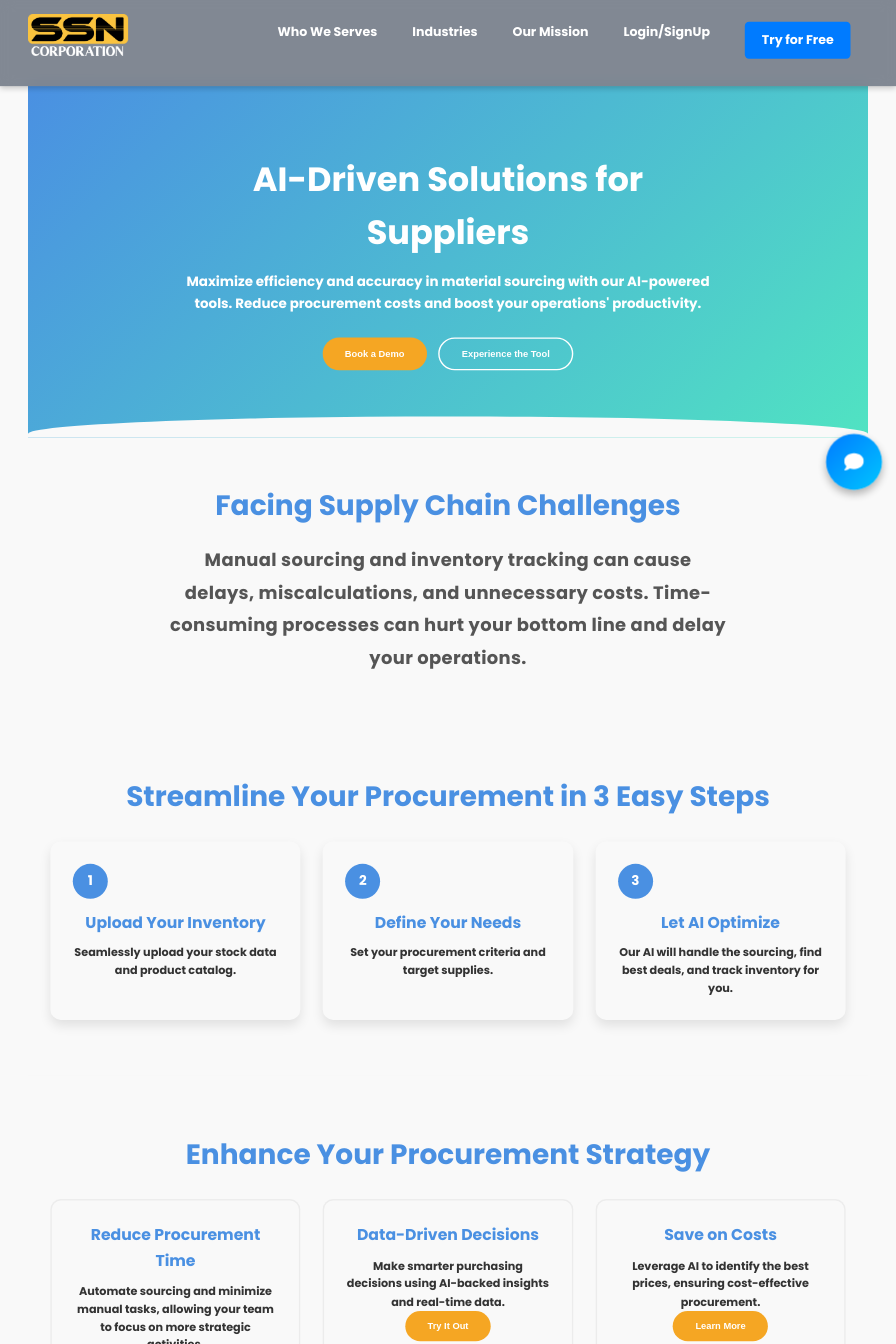
Repository: aabhashbasnet/SSNCorporation
Page: /who-we-serve/suppliers
These files come from the project's save history. The page is drawn as it stood at one moment and after a run of saves; the edit follows.
The browser window is 1280 px wide. The pictures show the part of the page from y = 0 to 1920 px (the page is 3187 px tall), at 70% of full size.
The project was rebuilt for these pictures with package versions that can differ from the ones it lists, and the page was loaded fresh each time. Also part of the build but not shown: src/components/Main/Main.jsx, src/components/Working/Working.css, src/components/Working/Working.jsx, src/components/Footer/Footer.jsx, src/pages/OurMission/OurMission.jsx, src/pages/LoginSignUp/LoginSignUp.css, src/pages/LoginSignUp/LoginSignUp.jsx, src/pages/Industries/Industries.jsx and 12 more.

Above is the page before, as saved 2025-02-11 13:01:18.

After the next 2 saves:
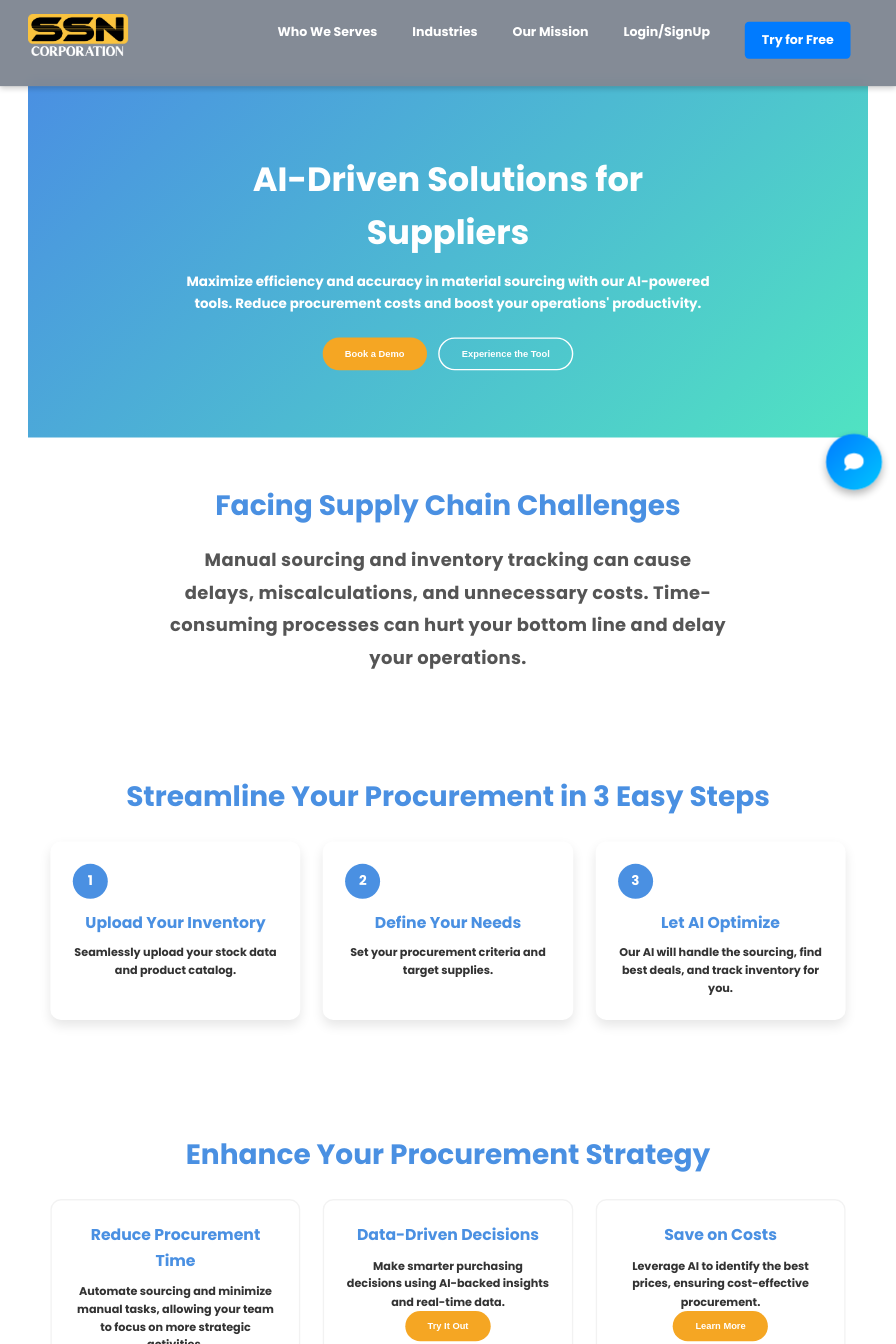
The 2 saves are shown as one change because they came seconds apart.
The last was saved 8 s later.
--- a/src/pages/WhoWeServe/Suppliers.css
+++ b/src/pages/WhoWeServe/Suppliers.css
@@ -7,7 +7,7 @@
     --accent-color: #f5a623;        /* A warm accent (orange-ish) */
     --text-color: #333333;          /* Dark text */
     --light-text: #ffffff;          /* Light text for dark backgrounds */
-    --bg-color: #f9f9f9;            Soft background
+
     --card-bg: #ffffff;             /* Card background */
     --transition: all 0.3s ease;
   }

After the save that followed:
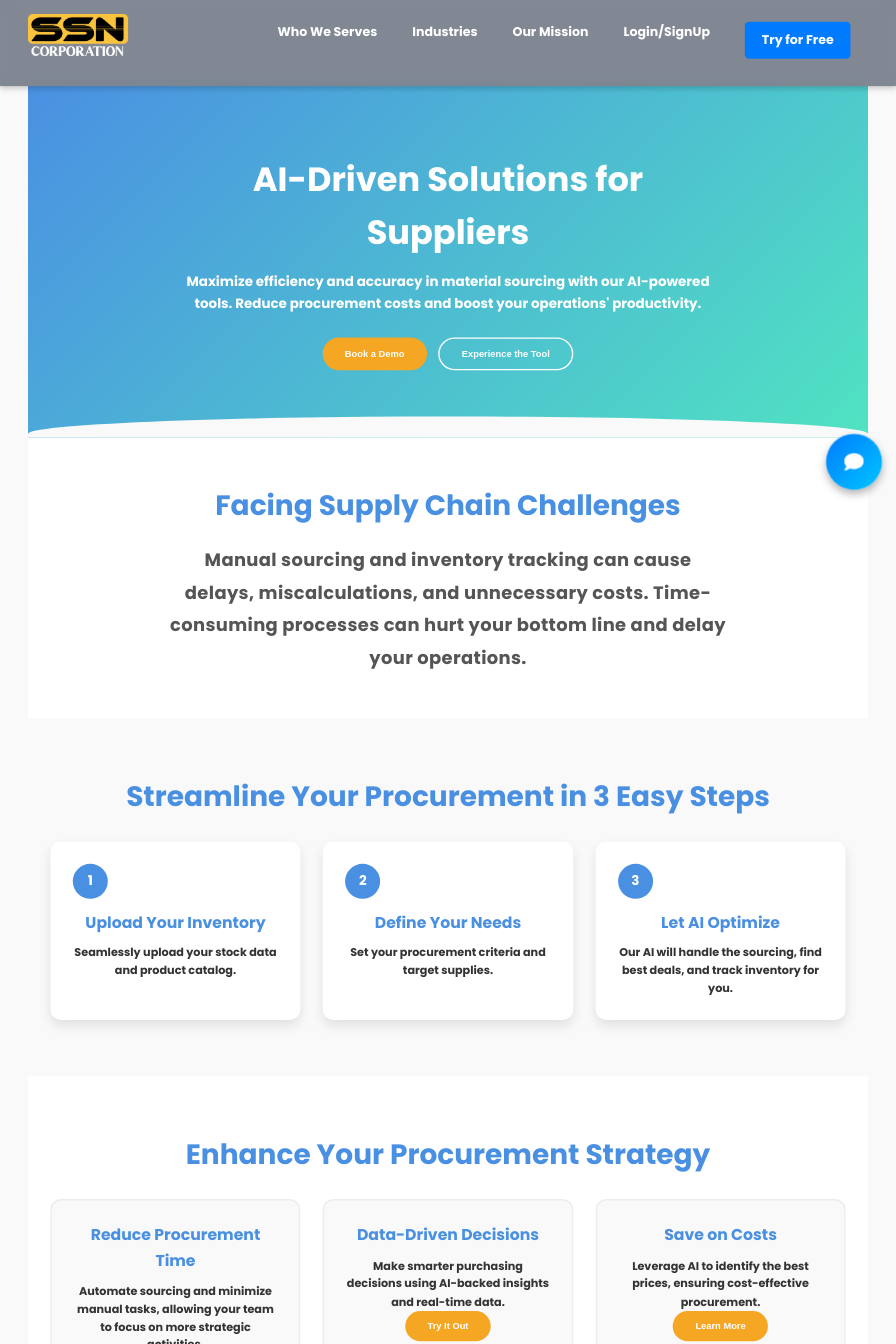
Saved 9 s later.
--- a/src/pages/WhoWeServe/Suppliers.css
+++ b/src/pages/WhoWeServe/Suppliers.css
@@ -7,7 +7,7 @@
     --accent-color: #f5a623;        /* A warm accent (orange-ish) */
     --text-color: #333333;          /* Dark text */
     --light-text: #ffffff;          /* Light text for dark backgrounds */
-
+    --bg-color: #f9f9f9;
     --card-bg: #ffffff;             /* Card background */
     --transition: all 0.3s ease;
   }
